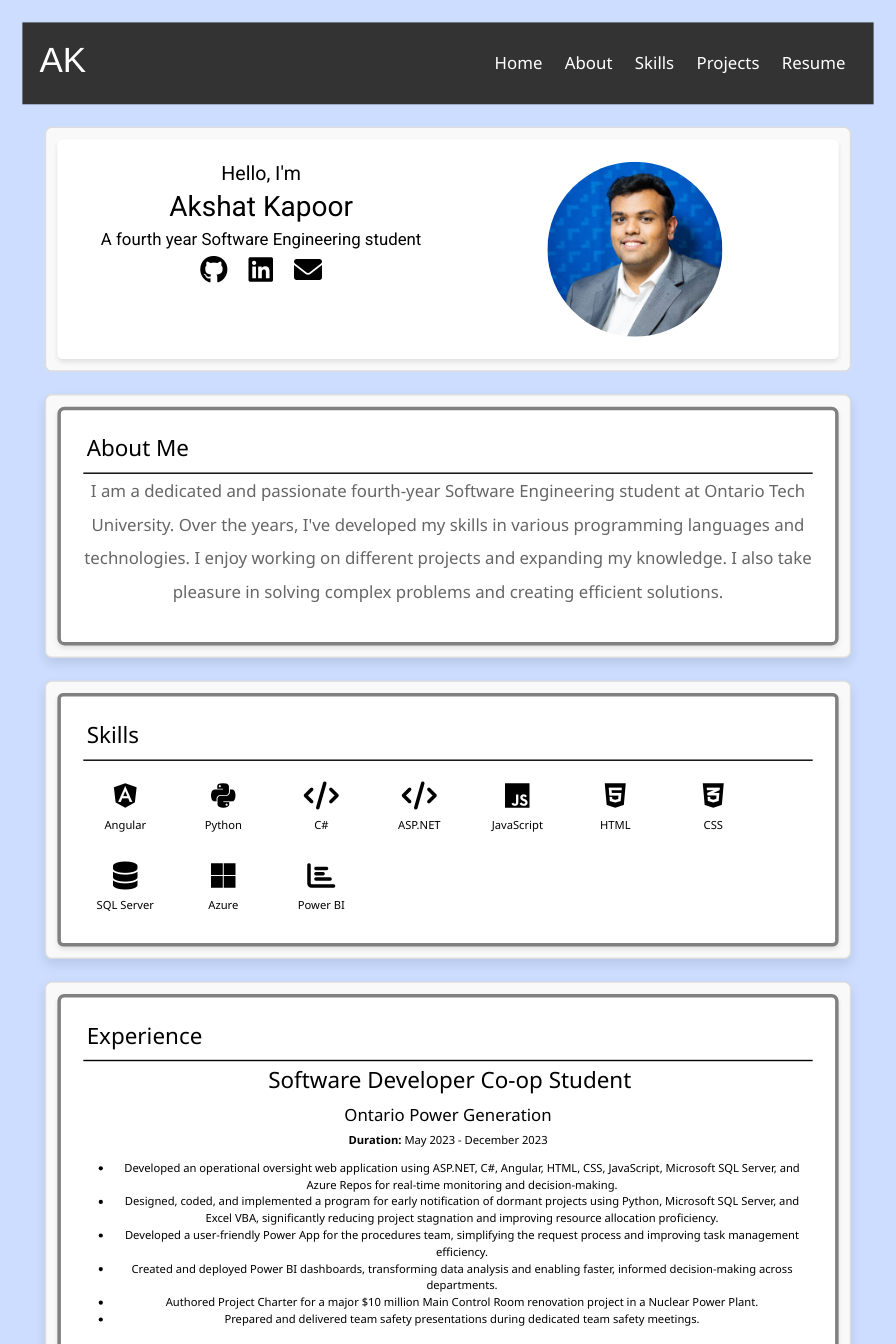
Repository: AkshatKapo/My-Portfolio
Page: /
An editor plug-in stored every save of this project. The page is shown before and after a run of saves, followed by the edit.
The browser window is 1280 px wide. The pictures show the part of the page from y = 0 to 1920 px (the page is 3279 px tall before and 3289 px after), at 70% of full size.
The project was rebuilt for these pictures with package versions that can differ from the ones it lists, and the page was loaded fresh each time. Also part of the build but not shown: vite.config.js.

Above is the page before, as saved 2024-06-19 09:11:13.

After the next 2 saves:
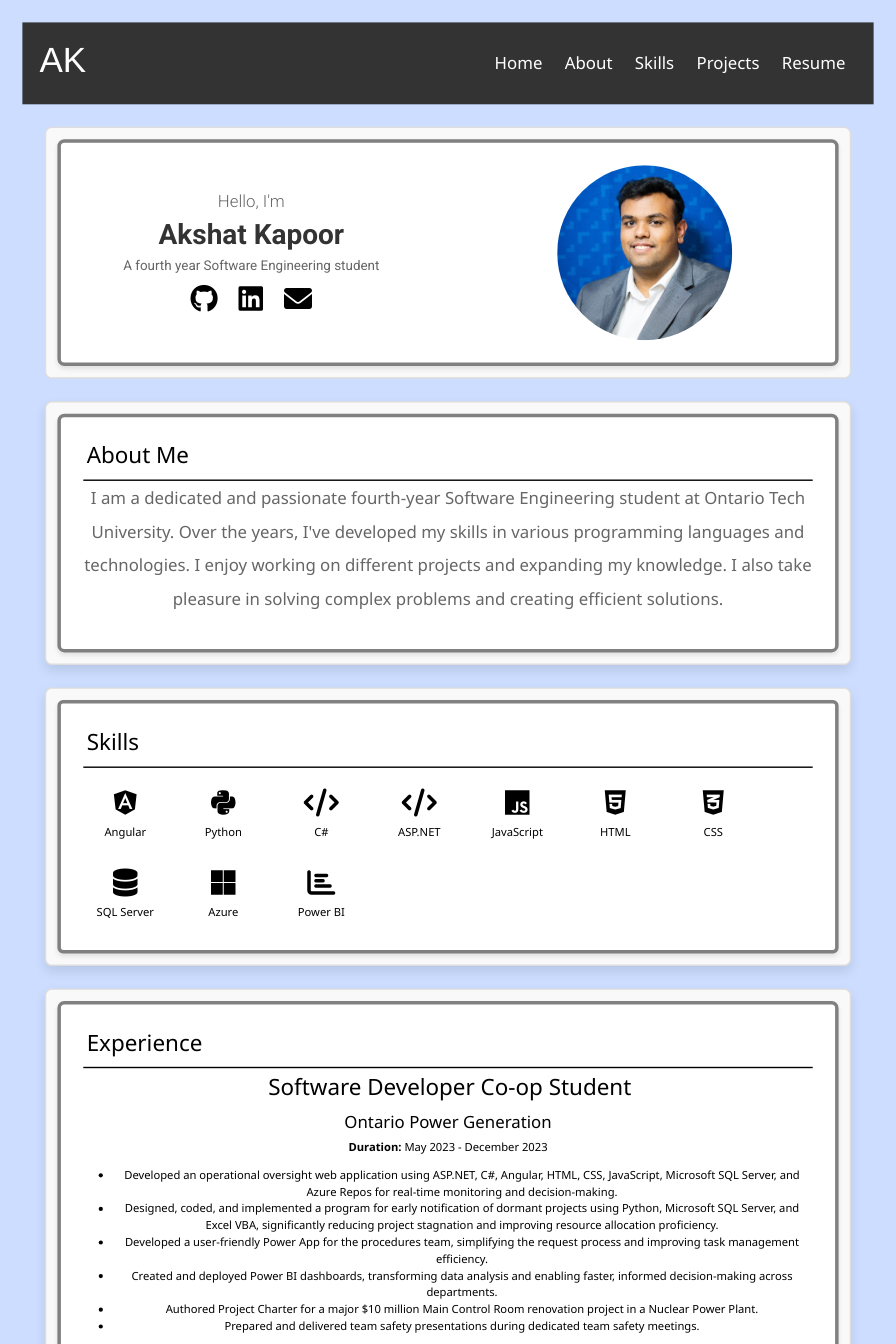
The 2 saves are shown as one change because they came seconds apart.
The last was saved 24 s later.
--- a/src/components/Home.css
+++ b/src/components/Home.css
@@ -1,4 +1,4 @@
-@import url('https://fonts.googleapis.com/css2?family=Roboto:wght@300;400;700&display=swap');
+ @import url('https://fonts.googleapis.com/css2?family=Roboto:wght@300;400;700&display=swap');
 
 #home {
   padding: 1rem;
@@ -9,25 +9,30 @@
   border: 2px solid #ddd; /* Light border */
   border-radius: 10px; /* Rounded corners */
   margin: 2rem; /* Margin to ensure it doesn’t touch the edges of the container */
-
 }
 
 .home-content {
   display: flex;
-  justify-content: space-between;
+  align-items: center;
   width: 100%;
   max-width: 1200px; /* Adjust the max-width as needed */
   background: #fff; /* Background for the content */
   padding: 2rem; /* Padding around the content */
   box-shadow: 0 4px 8px rgba(0, 0, 0, 0.1); /* Shadow for styling */
-  border-radius: 8px; /* Rounded corners */
+  border-radius: 10px; /* Rounded corners */
+  border: 5px solid grey;
+
 }
 
+#line1 {
+  border-left: 2px solid black;
+  height: auto; /* Set to auto to match the height of the content */
+  margin: 0 2rem; /* Adjust as needed to create space around the line */
+}
 .text-content {
   flex: 1;
   padding-right: 1rem;
   font-family: 'Roboto', sans-serif;
-
 }
 
 .text-content h2 {
@@ -35,20 +40,33 @@
   font-weight: 900;
   color: #333;
   margin-bottom: 1rem;
+}
+.text-content h3 {
+  font-size: 1.5rem; /* Adjust the font size as needed */
+  font-weight: 300;
+  color: #666;
+  margin-bottom: 0.5rem;
+}
 
+.text-content h1 {
+  font-size: 2.5rem; /* Adjust the font size as needed */
+  font-weight: 700;
+  color: #333;
+  margin-bottom: 0.5rem;
 }
+.text-content h4 {
+  font-size: 1.2rem; /* Adjust the font size as needed */
+  font-weight: 400;
+  color: #666;
+  margin-bottom: 1rem;
+}
+
 
 .text-content p {
   font-size: 1rem; /* Adjust the font size as needed */
   line-height: 1.6; /* Adjust the line height as needed */
   color: #666;
   font-weight: 300;
-}
-
-.separator {
-  width: 1px;
-  background-color: #333;
-  height: 250px; /* Adjust the height as needed */
 }
 
 .image-content {
@@ -62,9 +80,9 @@
   height: 250px;
   border-radius: 50%;
   object-fit: cover;
- }
+}
 
- .social-icons {
+.social-icons {
   display: flex;
   gap: 30px; /* Adjust the spacing between icons */
   justify-content: center;
